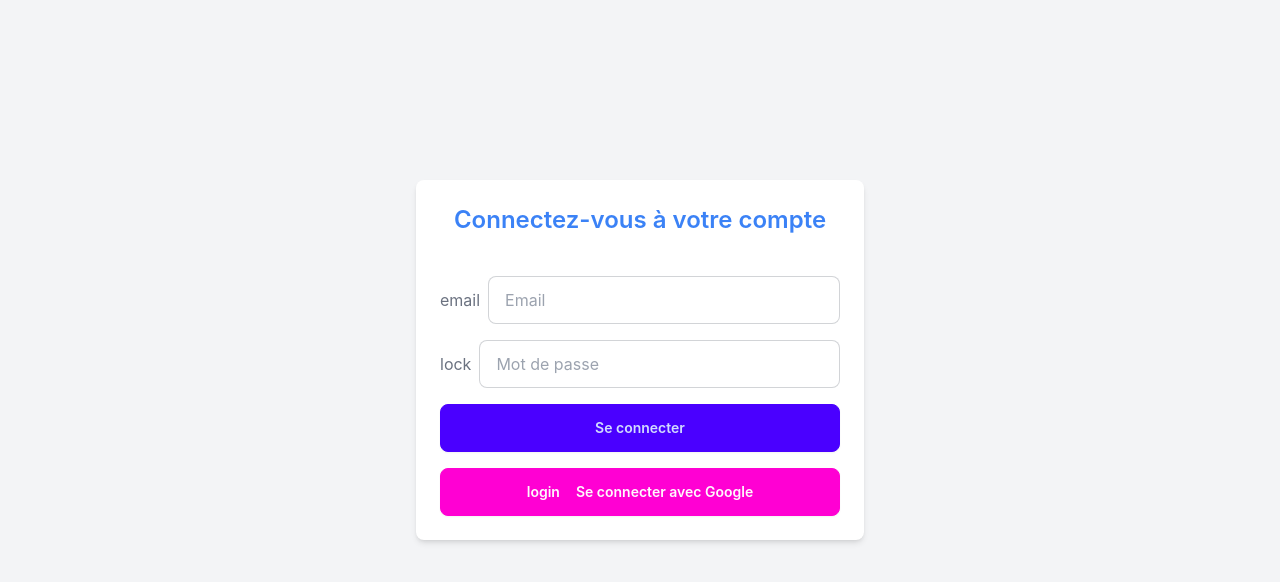
Repository: ossioa/instagrmmanu
Page: /
The author's editor kept a copy of each file at every save. The page is drawn from the files as they stood at one save, then again after the next save.
The browser window is 1280 px wide. The pictures show the whole page.
The project was rebuilt for these pictures with package versions that can differ from the ones it lists, and the page was loaded fresh each time. Also part of the build but not shown: src/Components/Auth/Signup.js, src/Components/Common/Navbar.jsx, src/Components/Common/Layout.jsx, src/Components/Profile/EditProfile.jsx, src/Components/Post/CreatePost.jsx.

Above is the page before, as saved 2024-05-11 15:03:47.

### src/App.js
import React from 'react';
import { BrowserRouter as Router, Routes, Route, Navigate } from 'react-router-dom';
import { AuthProvider } from './contexts/AuthContext';
import Login from './Components/Auth/Login';
import Signup from './Components/Auth/Signup';
import Layout from './Components/Common/Layout';
import EditProfile from './Components/Profile/EditProfile';
import CreatePost from './Components/Post/CreatePost';
import PrivateRoute from './Components/Common/PrivateRoute';
import Navbar from './Components/Common/Navbar';


function App() {
  return (
    <Router>
      <AuthProvider>
        <Routes>
          <Route path="/login" element={<Login />} />
          <Route path="/signup" element={<Signup />} />
          <Route path="/" element={
            <PrivateRoute>
              <Layout>
                <EditProfile />
                <CreatePost />
                <Navbar/>
              </Layout>
            </PrivateRoute>
          } />
          <Route path="*" element={<Navigate to="/" />} />
        </Routes>
      </AuthProvider>
    </Router>
  );
}

export default App;

### src/contexts/AuthContext.jsx
import React, { createContext, useContext, useState, useEffect } from 'react';
import { auth } from '../config/firebase';
import { onAuthStateChanged } from 'firebase/auth';

const AuthContext = createContext();

export const AuthProvider = ({ children }) => {
  const [user, setUser] = useState(null);
  const [isLoading, setIsLoading] = useState(true); // Track loading state

  useEffect(() => {
    const unsubscribe = onAuthStateChanged(auth, (user) => {
      setUser(user);
      setIsLoading(false); // Update loading state when auth state is resolved
    });

    return () => unsubscribe();
  }, []);

  return (
    <AuthContext.Provider value={{ user, isLoading }}>
      {children}
    </AuthContext.Provider>
  );
};

export const useAuth = () => useContext(AuthContext);

### src/Components/Auth/Login.jsx
import React, { useState } from 'react';
import { auth } from '../../config/firebase';
import { signInWithEmailAndPassword, GoogleAuthProvider, signInWithPopup } from 'firebase/auth';

const Login = () => {
  const [email, setEmail] = useState('');
  const [password, setPassword] = useState('');

  const handleEmailLogin = async (event) => {
    event.preventDefault();
    try {
      const userCredential = await signInWithEmailAndPassword(auth, email, password);
      console.log('Logged in Successfully:', userCredential.user);
    } catch (error) {
      console.error('Error Logging in:', error);
    }
  };

  const googleSignIn = async () => {
    const provider = new GoogleAuthProvider();
    try {
      const result = await signInWithPopup(auth, provider);
      console.log('Google Sign-In Success', result.user);
    } catch (error) {
      console.error('Google Sign-In Error', error);
    }
  };

  return (
    <div className="flex justify-center items-center min-h-screen bg-gray-100">
      <form onSubmit={handleEmailLogin} className="flex flex-col p-6 space-y-4 bg-white shadow-md rounded-lg max-w-md w-full">
        <h2 className="text-2xl font-semibold text-center mb-6 text-blue-500">Connectez-vous à votre compte</h2>
        <div className="flex items-center space-x-2">
          <span className="material-icons-outlined text-gray-500">email</span>
          <input
            type="email"
            value={email}
            onChange={(e) => setEmail(e.target.value)}
            placeholder="Email"
            className="input input-bordered w-full"
            autoComplete="username"
          />
        </div>
        <div className="flex items-center space-x-2">
          <span className="material-icons-outlined text-gray-500">lock</span>
          <input
            type="password"
            value={password}
            onChange={(e) => setPassword(e.target.value)}
            placeholder="Mot de passe"
            className="input input-bordered w-full"
            autoComplete="current-password"
          />
        </div>
        <button type="submit" className="btn btn-primary w-full">Se connecter</button>
        <button type="button" onClick={googleSignIn} className="btn btn-secondary w-full flex items-center justify-center">
          <span className="material-icons-outlined mr-2">login</span>
          Se connecter avec Google
        </button>
      </form>
    </div>
  );
};

export default Login;

### src/Components/Common/PrivateRoute.js
import React from 'react';
import { Navigate } from 'react-router-dom';
import { useAuth } from '../../contexts/AuthContext';

const PrivateRoute = ({ children }) => {
  const { user } = useAuth(); // Assurez-vous que useAuth retourne bien les données de l'utilisateur

  // Si l'utilisateur n'est pas connecté, redirigez-le vers la page de connexion
  if (!user) {
    return <Navigate to="/login" />;
  }

  // Si l'utilisateur est connecté, affichez les composants enfants
  return children;
};

export default PrivateRoute;

### src/config/firebase.js
import { initializeApp } from 'firebase/app';
import { getFirestore } from 'firebase/firestore';
import { getAuth } from 'firebase/auth';
import { getStorage } from 'firebase/storage';
import { setPersistence, browserSessionPersistence } from 'firebase/auth';

//Firebase configuration
const firebaseConfig = {
  apiKey: "AIzaSyCRk86K_x3uTYvSoD7edeMJFlYN4vrIYAg",
  authDomain: "instagramclone241.firebaseapp.com",
  projectId: "instagramclone241",
  storageBucket: "instagramclone241.appspot.com",
  messagingSenderId: "567921808959",
  appId: "1:567921808959:web:6ca2bafa2d16ce1749ca8a"
};

// Initialize Firebase
const app = initializeApp(firebaseConfig);

// Initialize the Firebase services
const db = getFirestore(app);
const auth = getAuth(app);
const storage = getStorage(app);

setPersistence(auth, browserSessionPersistence)
  .then(() => {
    console.log("Persistence is set to session-based");
  })
  .catch((error) => {
    console.error("Error setting persistence:", error);
  });

export { db, auth, storage };

### tailwind.config.js
/** @type {import('tailwindcss').Config} */
module.exports = {
  content: [
    "./src/**/*.{js,jsx,ts,tsx}",
  ],
  theme: {
    extend: {
      animation: {
        'gradient-x':'gradient-x 10s ease infinite',
        'gradient-y':'gradient-y 10s ease infinite'
      },
      keyframes: {
        'gradient-y': {
          '0%, 100%': {
            'background-size':'400% 400%',
            'background-position': 'center top'
          },
          '50%': {
            'background-size':'200% 200%',
            'background-position': 'center center'
          }
        },
        'gradient-x': {
          '0%, 100%': {
            'background-size':'200% 200%',
            'background-position': 'left center'
          },
          '50%': {
            'background-size':'200% 200%',
            'background-position': 'right center'
          }
        }
      }
    },
  },
  plugins: [
    require('daisyui'),
  ],
}

Loaded but not shown: public/index.html (common file); src/index.js (common file); src/index.css (common file)

After the next save:
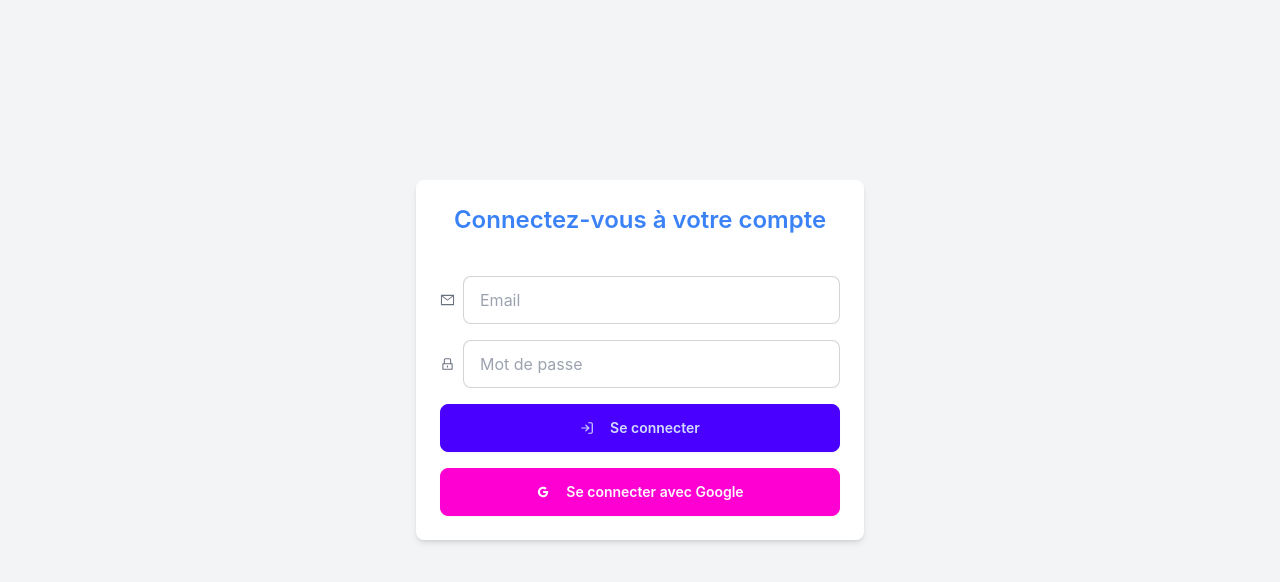
Saved 4 min 59 s later.
--- a/src/Components/Auth/Login.jsx
+++ b/src/Components/Auth/Login.jsx
@@ -1,6 +1,8 @@
 import React, { useState } from 'react';
 import { auth } from '../../config/firebase';
 import { signInWithEmailAndPassword, GoogleAuthProvider, signInWithPopup } from 'firebase/auth';
+import { AiOutlineMail, AiOutlineLock, AiOutlineGoogle } from 'react-icons/ai';
+import { FiLogIn } from 'react-icons/fi';
 
 const Login = () => {
   const [email, setEmail] = useState('');
@@ -31,7 +33,7 @@ const Login = () => {
       <form onSubmit={handleEmailLogin} className="flex flex-col p-6 space-y-4 bg-white shadow-md rounded-lg max-w-md w-full">
         <h2 className="text-2xl font-semibold text-center mb-6 text-blue-500">Connectez-vous à votre compte</h2>
         <div className="flex items-center space-x-2">
-          <span className="material-icons-outlined text-gray-500">email</span>
+          <AiOutlineMail className="text-gray-500" />
           <input
             type="email"
             value={email}
@@ -42,7 +44,7 @@ const Login = () => {
           />
         </div>
         <div className="flex items-center space-x-2">
-          <span className="material-icons-outlined text-gray-500">lock</span>
+          <AiOutlineLock className="text-gray-500" />
           <input
             type="password"
             value={password}
@@ -52,9 +54,12 @@ const Login = () => {
             autoComplete="current-password"
           />
         </div>
-        <button type="submit" className="btn btn-primary w-full">Se connecter</button>
+        <button type="submit" className="btn btn-primary w-full flex items-center justify-center">
+          <FiLogIn className="mr-2" />
+          Se connecter
+        </button>
         <button type="button" onClick={googleSignIn} className="btn btn-secondary w-full flex items-center justify-center">
-          <span className="material-icons-outlined mr-2">login</span>
+          <AiOutlineGoogle className="mr-2" />
           Se connecter avec Google
         </button>
       </form>
